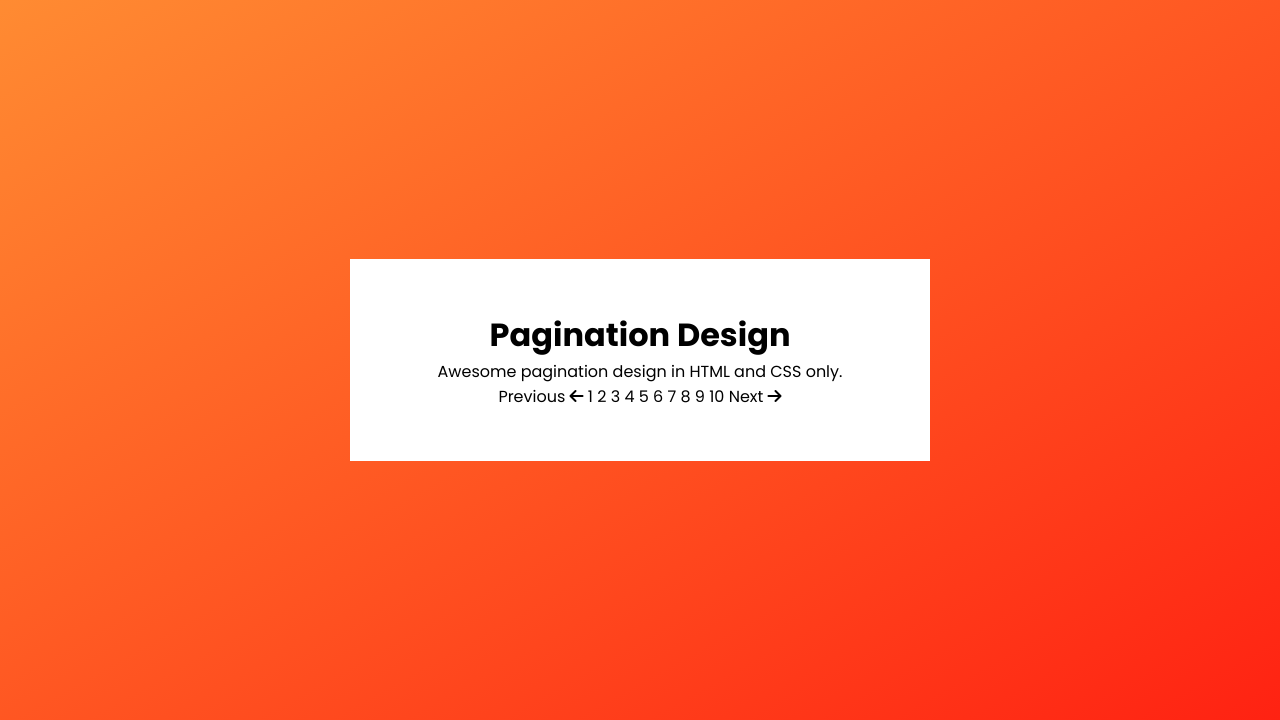
Repository: Ankitkr2021/Awesome-Pagination
Page: index.html
An editor plug-in stored every save of this project. The page is shown before and after the next save, followed by the edit.
The browser window is 1280 px wide. The pictures show the whole page.

Above is the page before, as saved 2025-10-02 08:58:34.

After the next save:
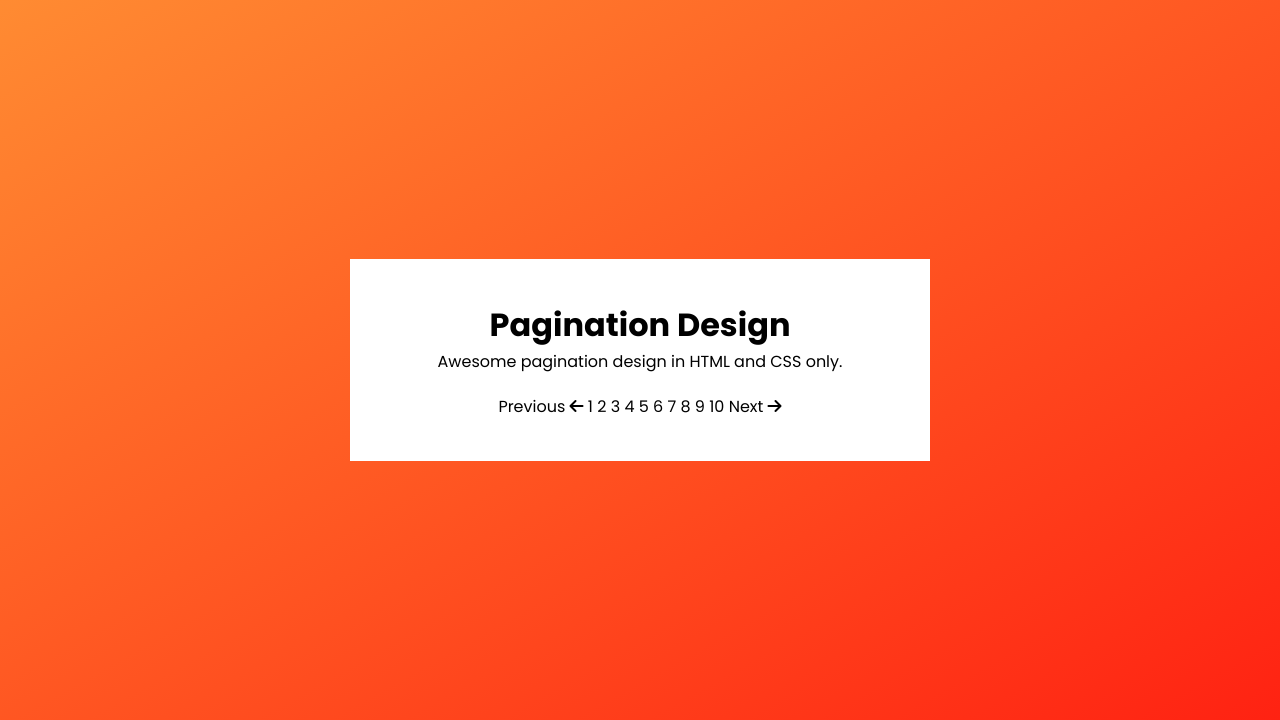
Saved 9 s later.
--- a/style.css
+++ b/style.css
@@ -29,3 +29,7 @@ body{
 h1 {
     padding: 0 20px;
 }
+
+p {
+    margin-bottom: 20px;
+}
